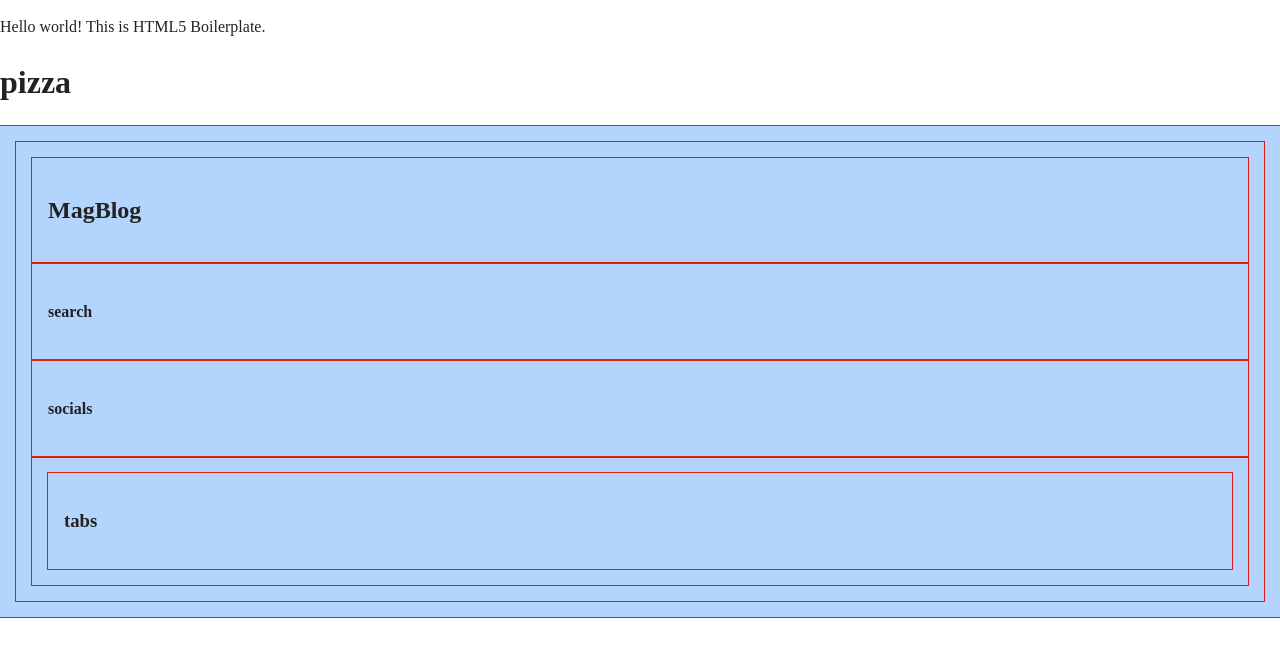
Repository: sierralaurent/MDIA2003-LAB03
Page: LAB03/index.html
The author's editor kept a copy of each file at every save. The page is drawn from the files as they stood at one save, then again after the next save.
The browser window is 1280 px wide. The pictures show the whole page.

Above is the page before, as saved 2023-01-18 08:17:02.

After the next save:
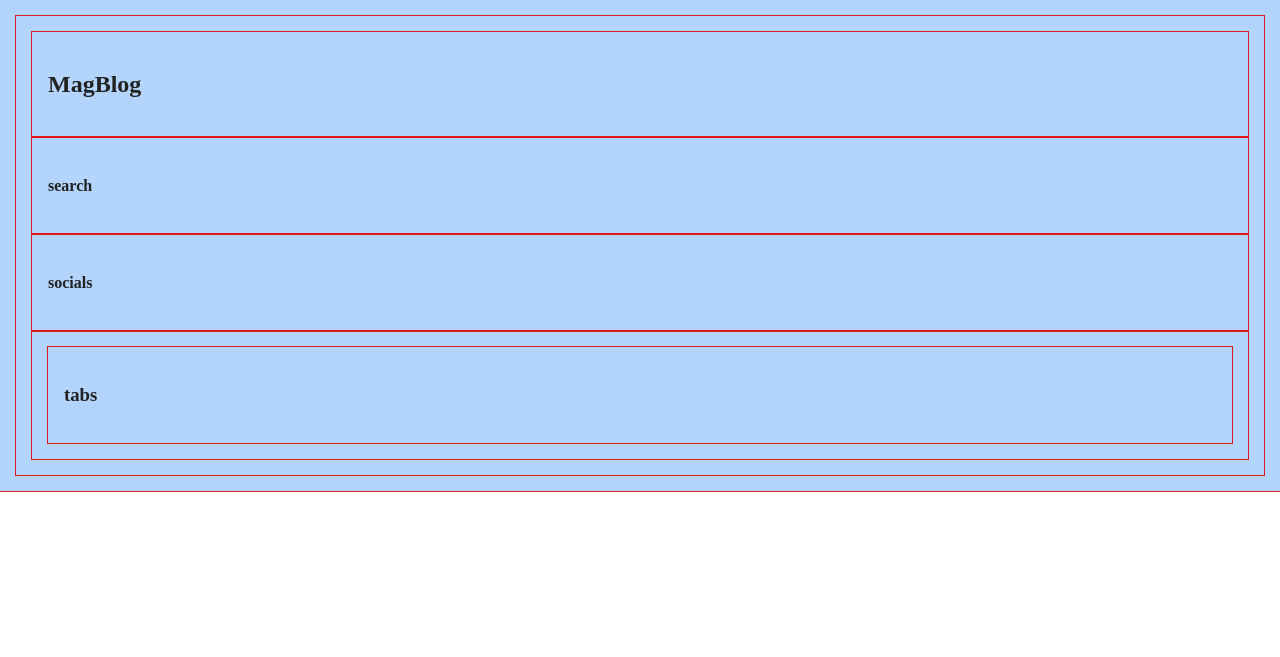
Saved 49 s later.
--- a/LAB03/index.html
+++ b/LAB03/index.html
@@ -27,8 +27,6 @@
 <body>
 
   <!-- Add your site or application content here -->
-  <p>Hello world! This is HTML5 Boilerplate.</p>
-  <h1>pizza</h1>
   <script src="js/vendor/modernizr-3.11.2.min.js"></script>
   <script src="js/plugins.js"></script>
   <script src="js/main.js"></script>
